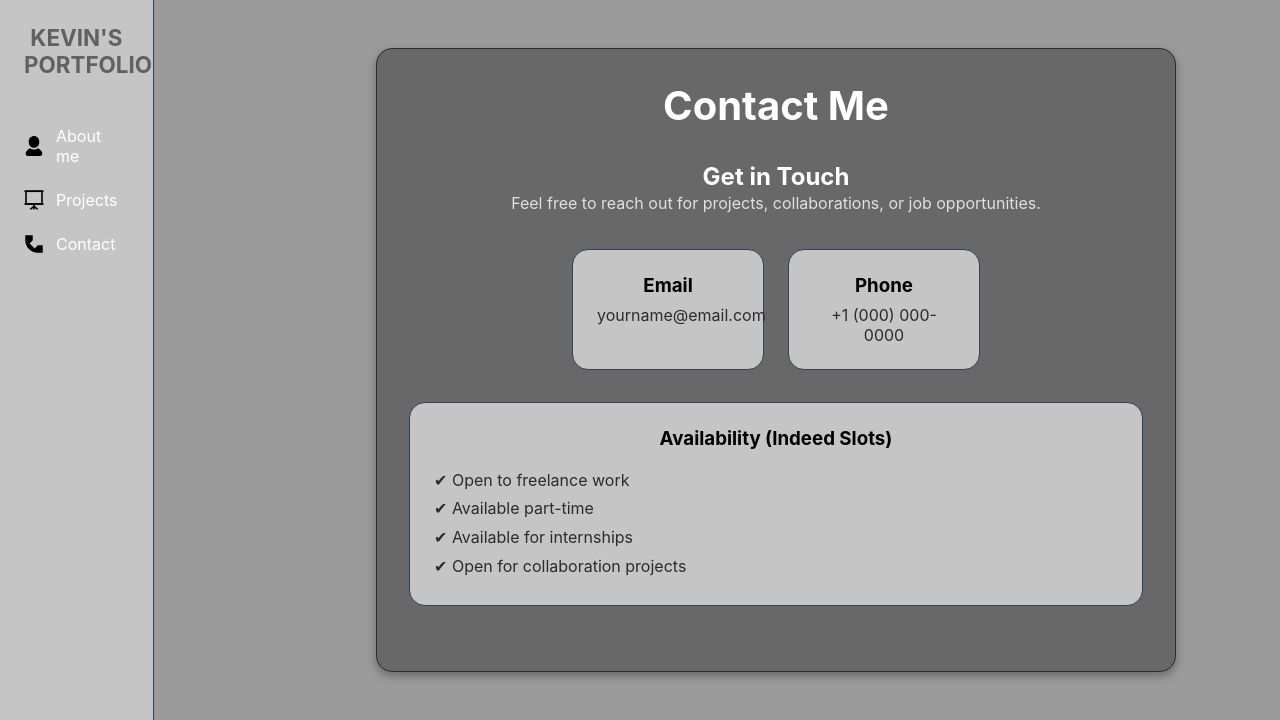
Repository: KevinSamaha/Kevin_Samaha
Page: pages/contact.html
The author's editor kept a copy of each file at every save. The page is drawn from the files as they stood at one save, then again after the next save.
The browser window is 1280 px wide. The pictures show the whole page.

Above is the page before, as saved 2026-05-13 23:31:18.

After the next save:
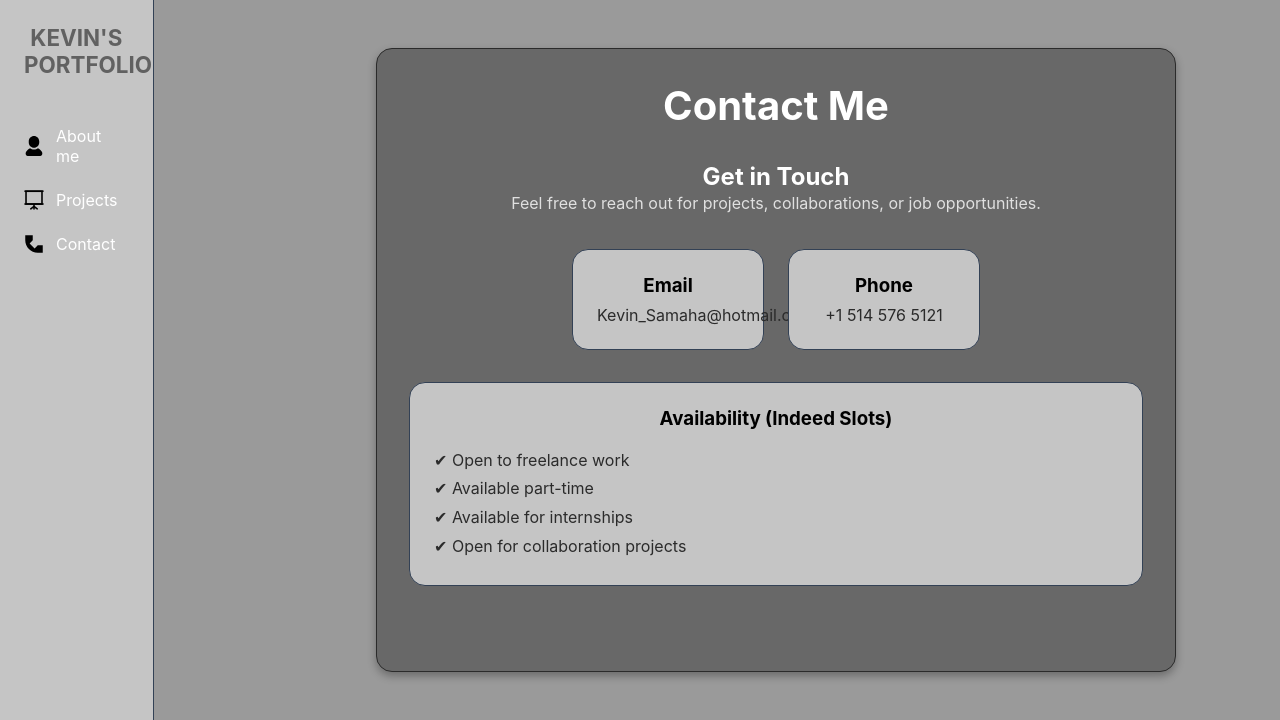
Saved 100 s later.
--- a/pages/contact.html
+++ b/pages/contact.html
@@ -56,12 +56,12 @@
         <section class="contact-info">
           <article class="info-box">
             <h3>Email</h3>
-            <p>yourname@email.com</p>
+            <p>Kevin_Samaha@hotmail.com</p>
           </article>
 
           <article class="info-box">
             <h3>Phone</h3>
-            <p>+1 (000) 000-0000</p>
+            <p>+1 514 576 5121</p>
           </article>
         </section>
 
